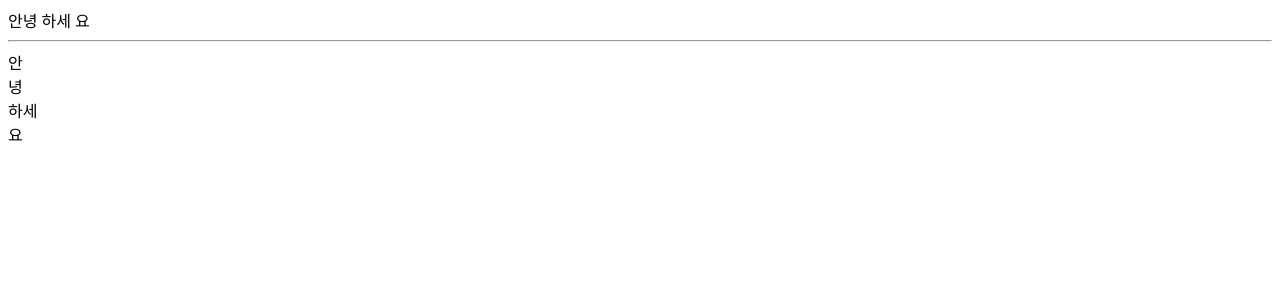
Repository: hui-Joo/html
Page: html/day01.html
An editor plug-in stored every save of this project. The page is shown before and after the next save, followed by the edit.
The browser window is 1280 px wide. The pictures show the whole page.

Above is the page before, as saved 2021-10-04 04:51:31.

After the next save:
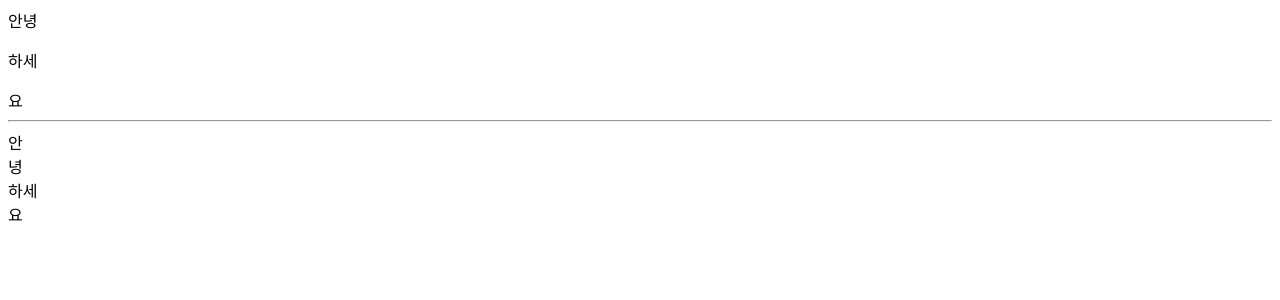
Saved 47 s later.
--- a/html/day01.html
+++ b/html/day01.html
@@ -6,7 +6,7 @@
 </head>
 <body>
 	안녕
-	하세
+	<p>하세</p>
 	요
 	<hr>
 	안<br>녕<br>
